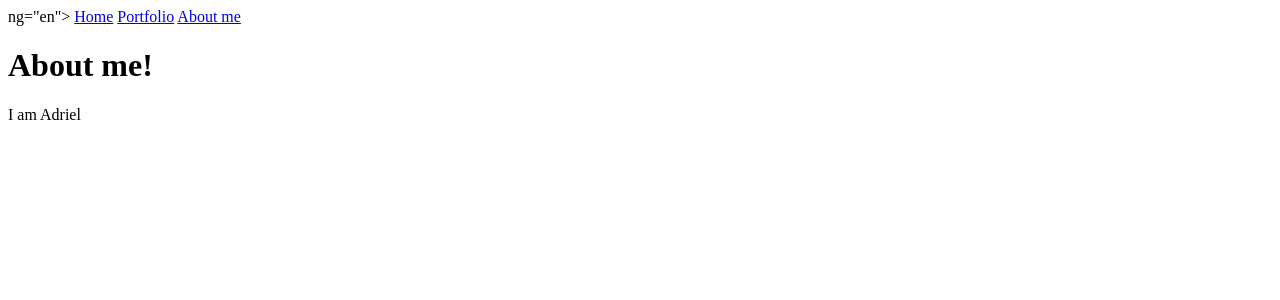
Repository: alopez1919/alopez1919.github.io
Page: my_website/aboutme.html
The author's editor kept a record of every edit. The page is drawn from the files as they stood at one moment, then again after the next edit.
The browser window is 1280 px wide. The pictures show the whole page.

Above is the page before.

### my_website/aboutme.html
<!doctype html>
<html <la</la>ng="en">
<head>
     <meta charset="utf-8"> <title>Portfolio</title> </head> <body> <a href="index.html">Home</a> <a href="portfolio.html">Portfolio</a> <a href="aboutme.html">About me</a> <h1>About me!</h1> <p>I am Adriel</p> <br> </a> </body> </html>

After the next edit:
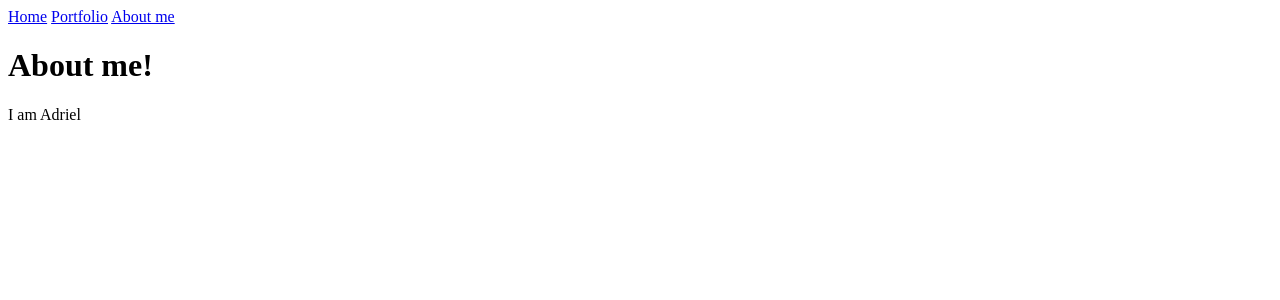
The edit:
--- a/my_website/aboutme.html
+++ b/my_website/aboutme.html
@@ -1,4 +1,16 @@
 <!doctype html>
-<html <la</la>ng="en">
-<head>
-     <meta charset="utf-8"> <title>Portfolio</title> </head> <body> <a href="index.html">Home</a> <a href="portfolio.html">Portfolio</a> <a href="aboutme.html">About me</a> <h1>About me!</h1> <p>I am Adriel</p> <br> </a> </body> </html>
+<html lang="en">
+     <head>
+          <meta charset="utf-8">
+          <title>Portfolio</title>
+     </head>
+     <body>
+    <a href="index.html">Home</a>
+    <a href="portfolio.html">Portfolio</a>
+    <a href="aboutme.html">About me</a>
+    <h1>About me!</h1>
+    <p>I am Adriel</p>
+    <br>
+     </a>
+     </body>
+    </html>
